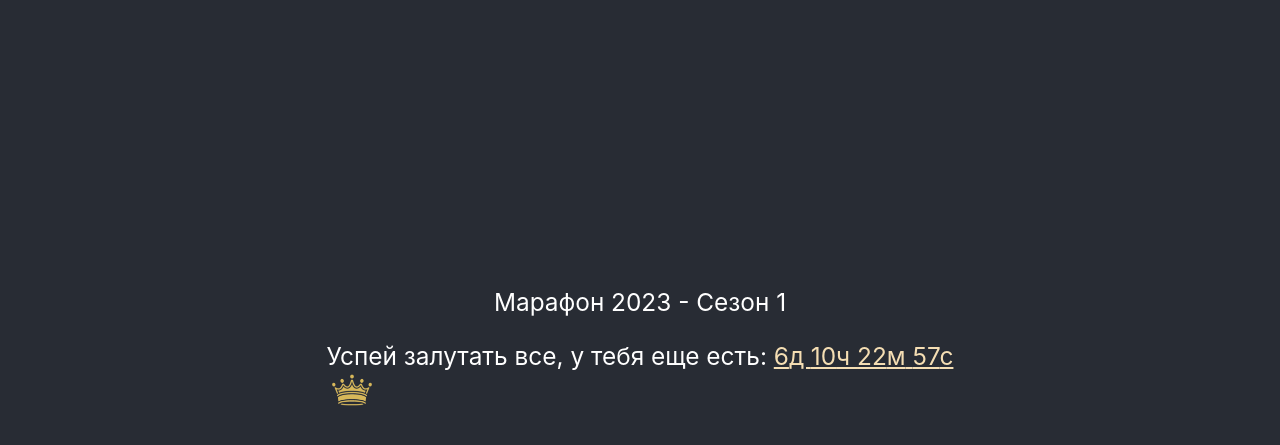
Repository: bandikost/capers
Page: /main
The author's editor kept a copy of each file at every save. The page is drawn from the files as they stood at one save, then again after the next save.
The browser window is 1280 px wide. The pictures show the whole page.
The page's requests for data from a server got no answer. The project was rebuilt for these pictures with package versions that can differ from the ones it lists, and the page was loaded fresh each time. No one was signed in, and anything a server would have sent is missing.

Above is the page before, as saved 2023-04-10 16:05:08.

### src/App.js
import logo from './logo.svg';
import './App.css';
import { BrowserRouter, Routes, Route } from "react-router-dom";
import Main from './components/Main';


function App() {
  return (
    <div className="App">
      <header className="App-header">
      <BrowserRouter >
        <Routes>
            <Route path='/main' element={<Main />}/>

        </Routes>
      </BrowserRouter>
      </header>
    </div>
  );
}

export default App;

### src/App.css
.App {
  text-align: center;
}

.App-logo {
  height: 40vmin;
  pointer-events: none;
}


.App-header {
  background-color: #282c34;
  min-height: 100vh;
  display: flex;
  flex-direction: column;
  align-items: center;
  justify-content: center;
  font-size: calc(10px + 2vmin);
  color: white;
  padding: 0 20px;
}

.App-link {
  color: #61dafb;
}


.table {
  height: auto;
  margin: 0 auto 0;
}

.cell {
  border: 1px solid white;
  border-radius: 10px;
  width: 300px;
  margin: 50px 0px;
  display: flex;
  justify-content: space-between;
}

.cell p {
  padding: 0 20px;
}

.button {
  display: block;
  width: 120px;
  position: relative;
  z-index: 10;
  left: -140%;
  margin-top: -60px;
  height: 50px;
  opacity: 0;
}

.container {
  display: flex;
    margin: 0 auto 0;
    flex-direction: column;
}

.table .cell:before {
  content: attr(data-number) ". ";
  position: relative;
  margin-left: -40px;
  margin-top: 20px;
  display: flex;
  padding: 0 5px;
  align-items: center;
}


.table .cell:before {
  color: gold;
  font-size: 40px;
}
.table .cell:nth-child(2):before {
  color: silver;
  font-size: 35px;
}
.table .cell:nth-child(3):before {
  color: #D2B48C;
  font-size: 30px;
}

.table .cell:nth-child(4):before {
  color: white;
  font-size: 25px;
}

### src/components/Main.jsx
import React, { useState, useEffect } from "react";
import firebase from "../firebase";
import crown from "./images/pngegg.png"


export const Main = () => {
  const [name, setName] = useState({});
  const [balance, setbalance] = useState({});
  const [editingUser, setEditingUser] = useState(null);
  const [targetDate, setTargetDate] = useState(new Date("2023-04-16T21:00:00.000Z"));
  const [timeRemaining, setTimeRemaining] = useState({});

  useEffect(() => {
    const balanceRef = firebase.database().ref("balance");
    balanceRef.on("value", (snapshot) => {
      const data = snapshot.val();
      setbalance(data);
    });
  }, []);

  useEffect(() => {
    const nameRef = firebase.database().ref("name");
    nameRef.on("value", (snapshot) => {
      const data = snapshot.val();
      setName(data);
    });
  }, []);

  useEffect(() => {
    const timer = setInterval(() => {
      setTimeRemaining(calculateTimeRemaining(targetDate));
    }, 1000);
    return () => clearInterval(timer);
  }, [targetDate]);

  function calculateTimeRemaining(targetDate) {
    const difference = +targetDate - +new Date();
    const timeRemaining = {};

    if (difference > 0) {
      timeRemaining.days = Math.floor(difference / (1000 * 60 * 60 * 24));
      timeRemaining.hours = Math.floor((difference / (1000 * 60 * 60)) % 24);
      timeRemaining.minutes = Math.floor((difference / 1000 / 60) % 60);
      timeRemaining.seconds = Math.floor((difference / 1000) % 60);
    } else {
      timeRemaining.days = 0;
      timeRemaining.hours = 0;
      timeRemaining.minutes = 0;
      timeRemaining.seconds = 0;
    }

    return timeRemaining;
  }

  const handleEditClick = (user) => {
    setEditingUser(user);
  };

  const handleSaveClick = () => {
    setEditingUser(null);
  };

  const sortedBalances = Object.entries(balance).sort((a, b) => b[1] - a[1]);

  return (
    <div className="container">
      Марафон 2023 - Сезон 1
      <p>
       Успей залутать все, у тебя еще есть: <span style={{color: "wheat", textDecoration: "underline"}}>
       {timeRemaining.days}д {timeRemaining.hours}ч {timeRemaining.minutes}м{" "}
        {timeRemaining.seconds}с
        </span>
        <img src={crown}  style={{display: "flex", width:"50px"}} />
      </p>

    <div className="table">
      {sortedBalances.map((entry, index) => (
        <div className="cell" key={entry[0]} data-number={index + 1}>
          <p >{name[entry[0]]}</p>
          <hr />
          {editingUser === entry[0] ? (
            <div>
              <input style={{width: "150px"}}
                type="text"
                value={balance[entry[0]]}
                onChange={(e) =>
                  firebase.database().ref(`balance/${entry[0]}`).set(e.target.value)
                }
              />
              <button onClick={handleSaveClick}>сохранить</button>
            </div>
          ) : (
            <div>
              <p>{entry[1]}<span style={{marginLeft: "5px"}}>₽</span></p>
              <button onClick={() => handleEditClick(entry[0])} className="button" style={{cursor: "pointer"}}>ред.</button>
            </div>
          )}
        </div>
      ))}
    </div>
    </div>
  );
};

export default Main;

### src/firebase.js

import "firebase/database";
import firebase from "firebase/compat/app";
import "firebase/compat/database";
import { getAuth } from "firebase/auth";
import { getFirestore } from "firebase/firestore";
import { getStorage, ref } from "firebase/storage";


const firebaseConfig = {
    apiKey: "AIzaSyBp1x8lQCSbuPwbK_sXJ7eGkGpN9c7ONY8",
    authDomain: "capers-a3171.firebaseapp.com",
    databaseURL: "https://capers-a3171-default-rtdb.europe-west1.firebasedatabase.app",
    projectId: "capers-a3171",
    storageBucket: "capers-a3171.appspot.com",
    messagingSenderId: "794243042023",
    appId: "1:794243042023:web:668504b8bdcbe9b7c63042",
    measurementId: "G-7YW48MQCSP"
  };

firebase.initializeApp(firebaseConfig);

export const auth = getAuth();
export const storage = getStorage()
export const db = getFirestore();
export default firebase;

Loaded but not shown: public/index.html (common file); src/index.js (common file); src/index.css (common file); src/reportWebVitals.js (common file)

After the next save:
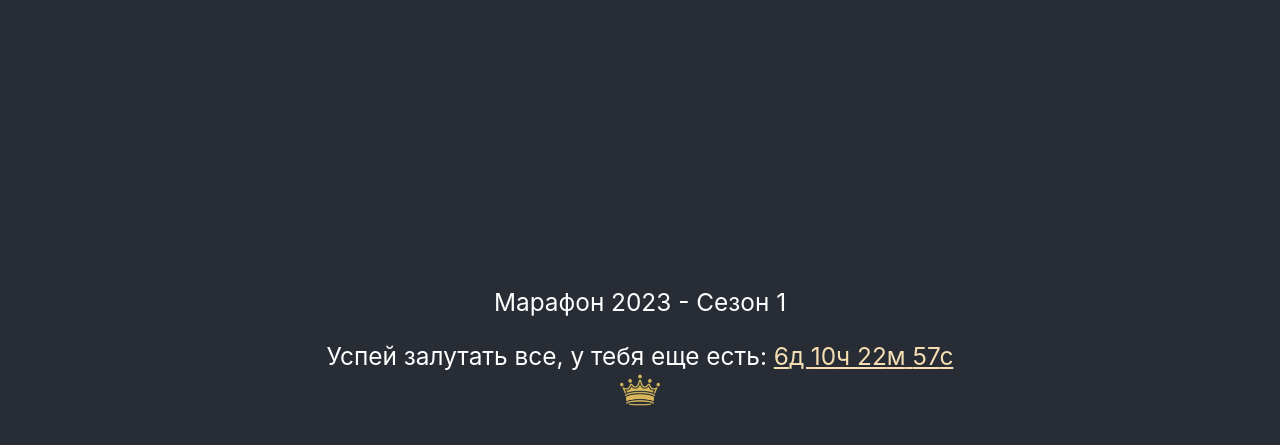
Saved 24 s later.
--- a/src/components/Main.jsx
+++ b/src/components/Main.jsx
@@ -70,7 +70,7 @@ export const Main = () => {
        {timeRemaining.days}д {timeRemaining.hours}ч {timeRemaining.minutes}м{" "}
         {timeRemaining.seconds}с
         </span>
-        <img src={crown}  style={{display: "flex", width:"50px"}} />
+        <img src={crown}  style={{display: "flex", width:"50px", margin: "0 auto 0"}} />
       </p>
 
     <div className="table">
